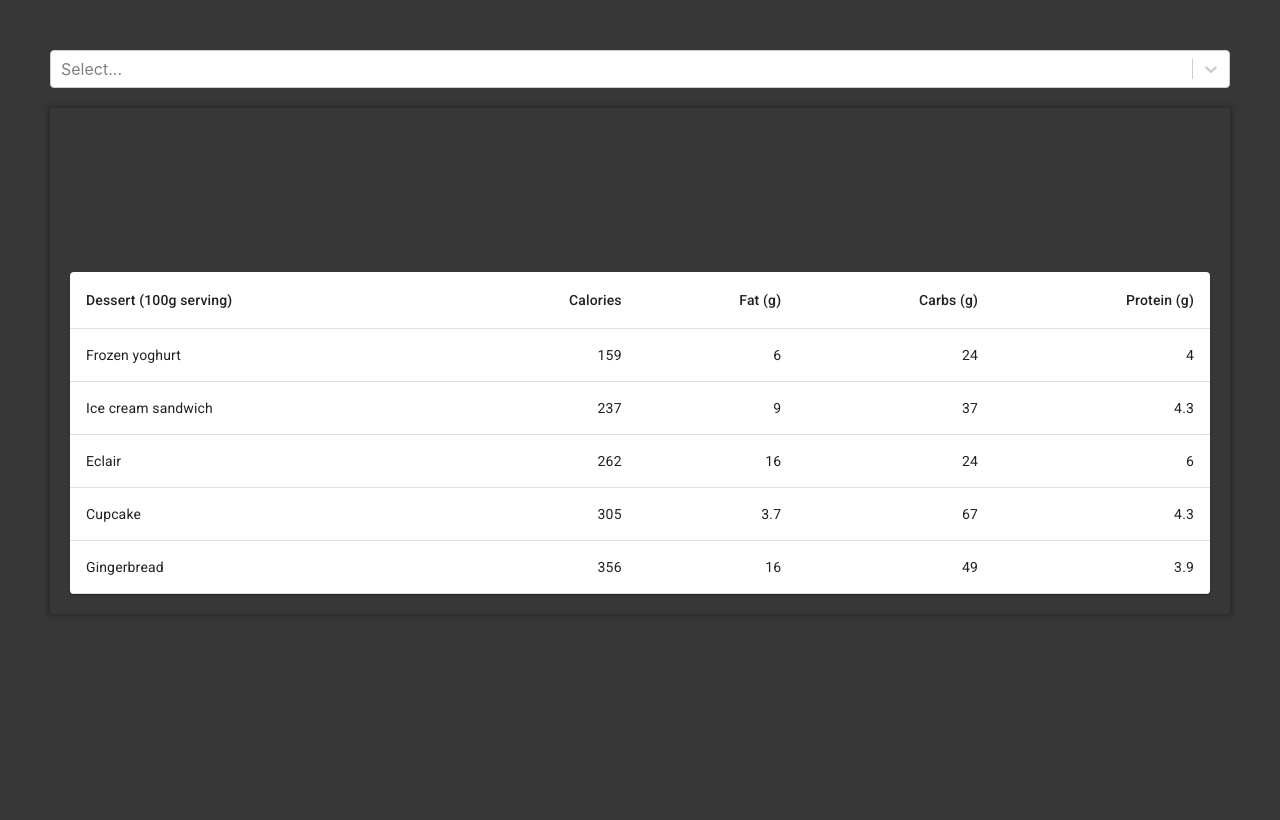
Repository: JorSargsyan/FootballApp
Page: /
The author's editor kept a copy of each file at every save. The page is drawn from the files as they stood at one save, then again after the next save.
The browser window is 1280 px wide. The pictures show the whole page.
The page's requests for data from a server got no answer. The project was rebuilt for these pictures with package versions that can differ from the ones it lists, and the page was loaded fresh each time. No one was signed in, and anything a server would have sent is missing.

Above is the page before, as saved 2019-07-13 16:41:21.

### public/index.html
<!DOCTYPE html>
<html lang="en">
  <head>
    <meta charset="utf-8" />
    <link rel="shortcut icon" href="%PUBLIC_URL%/favicon.ico" />
    <meta name="viewport" content="width=device-width, initial-scale=1" />
    <meta name="theme-color" content="#000000" />
    <!--
      manifest.json provides metadata used when your web app is installed on a
      user's mobile device or desktop. See https://developers.google.com/web/fundamentals/web-app-manifest/
    -->
    <link rel="manifest" href="%PUBLIC_URL%/manifest.json" />
    <link rel="stylesheet" href="https://fonts.googleapis.com/css?family=Roboto:300,400,500&display=swap" />
    <!--
      Notice the use of %PUBLIC_URL% in the tags above.
      It will be replaced with the URL of the `public` folder during the build.
      Only files inside the `public` folder can be referenced from the HTML.

      Unlike "/favicon.ico" or "favicon.ico", "%PUBLIC_URL%/favicon.ico" will
      work correctly both with client-side routing and a non-root public URL.
      Learn how to configure a non-root public URL by running `npm run build`.
    -->
    <title>React App</title>
  </head>
  <body>
    <noscript>You need to enable JavaScript to run this app.</noscript>
    <div id="root"></div>
    <!--
      This HTML file is a template.
      If you open it directly in the browser, you will see an empty page.

      You can add webfonts, meta tags, or analytics to this file.
      The build step will place the bundled scripts into the <body> tag.

      To begin the development, run `npm start` or `yarn start`.
      To create a production bundle, use `npm run build` or `yarn build`.
    -->
  </body>
</html>

### src/App.js
import React from 'react';
import logo from './logo.svg';
import './App.css';
import Container from "./components/Container"

function App() {
  return (
    <div className="App">
        <Container></Container>
    </div>
  );
}

export default App;

### src/App.css

.App{
  padding: 50px;
  background: rgb(55, 55, 55);
  height: 100vh;
}

.LeagueInfo{
  margin-top: 20px;
  color: white;
  box-shadow: 0 0 5px 2px #00000047;
  padding: 20px;
}

.LeagueInfo .img-area{
  display: flex;
  width: 200px;
  justify-content: space-between;
  align-items: center;
}

.LeagueInfo img{
  height: 60px;
  display: block;
}

.LeagueInfo img:nth-child(2){
  height: 100px;
  margin-left: 15px;
}

### src/components/Container/index.js
import React, { Component } from 'react'
import PropTypes from 'prop-types'
import Select from 'react-select';
import axios from 'axios';
import SimpleTable from "../common/Table"


const config = {
    headers: {
        "X-RapidAPI-Host": "api-football-v1.p.rapidapi.com",
        "X-RapidAPI-Key": "afc6347074msh5602bdc3ba130d0p170b44jsn6e420664b59f"
    }
}

export default class Container extends Component {

    static propTypes = {
        prop: PropTypes
    }

    state = {
        selectedOption: null,
        countries: [],
        league: [],
        standings:[],
    };

    handleChange = selectedOption => {
        this.setState({ selectedOption });
        console.log(`Option selected:`, selectedOption);

        axios.get(`https://api-football-v1.p.rapidapi.com/v2/leagues/country/${selectedOption.value}/${2018}`, config)
            .then(res => {
                let league = res.data.api.leagues[0];
                this.setState({ league });


                axios.get(`https://api-football-v1.p.rapidapi.com/v2/leagueTable/${league.league_id}`, config)
                .then(res => {
                    let standings = res.data.api.standings[0];
                    this.setState({ standings });
                })

            })
    };


    componentDidMount() {


        axios.get(`https://api-football-v1.p.rapidapi.com/v2/countries`, config)
            .then(res => {
                let countries = res.data.api.countries;
                countries = countries.map(i => { return { label: i.country, value: i.code } });
                this.setState({ countries });
            })
    }

    render() {
        const { selectedOption } = this.state;
        return (
            <div className="classes.root">
                <Select
                    value={selectedOption}
                    onChange={this.handleChange}
                    options={this.state.countries}
                />

                <div className="LeagueInfo">
                    <h2>{this.state.league.country}</h2>
                    <div className='img-area'>
                        <img src={this.state.league.flag} />
                        <img src={this.state.league.logo} />
                    </div>
                    <SimpleTable
                    data={[]}
                    header={[
                        {name:"Rank",prop:"rank"},
                        {name:"Team Name",prop:"teamName"},
                        {name:"Points",prop:"points"},
                        {name:"Form",prop:"forme"},
                        {name:"Goals Difference",prop:"goalsDiff"}
                    ]}
                    ></SimpleTable>
                </div>
            </div>
        )
    }
}

### src/components/common/Table.js
import React from 'react';
import { makeStyles } from '@material-ui/core/styles';
import Table from '@material-ui/core/Table';
import TableBody from '@material-ui/core/TableBody';
import TableCell from '@material-ui/core/TableCell';
import TableHead from '@material-ui/core/TableHead';
import TableRow from '@material-ui/core/TableRow';
import Paper from '@material-ui/core/Paper';

const useStyles = makeStyles(theme => ({
  root: {
    width: '100%',
    marginTop: theme.spacing(3),
    overflowX: 'auto',
  },
  table: {
    minWidth: 650,
  },
}));

function createData(name, calories, fat, carbs, protein) {
  return { name, calories, fat, carbs, protein };
}

const rows = [
  createData('Frozen yoghurt', 159, 6.0, 24, 4.0),
  createData('Ice cream sandwich', 237, 9.0, 37, 4.3),
  createData('Eclair', 262, 16.0, 24, 6.0),
  createData('Cupcake', 305, 3.7, 67, 4.3),
  createData('Gingerbread', 356, 16.0, 49, 3.9),
];

export default function SimpleTable() {
  const classes = useStyles();

  return (
    <Paper className={classes.root}>
      <Table className={classes.table}>
        <TableHead>
          <TableRow>
            <TableCell>Dessert (100g serving)</TableCell>
            <TableCell align="right">Calories</TableCell>
            <TableCell align="right">Fat&nbsp;(g)</TableCell>
            <TableCell align="right">Carbs&nbsp;(g)</TableCell>
            <TableCell align="right">Protein&nbsp;(g)</TableCell>
          </TableRow>
        </TableHead>
        <TableBody>
          {rows.map(row => (
            <TableRow key={row.name}>
              <TableCell component="th" scope="row">
                {row.name}
              </TableCell>
              <TableCell align="right">{row.calories}</TableCell>
              <TableCell align="right">{row.fat}</TableCell>
              <TableCell align="right">{row.carbs}</TableCell>
              <TableCell align="right">{row.protein}</TableCell>
            </TableRow>
          ))}
        </TableBody>
      </Table>
    </Paper>
  );
}

Loaded but not shown: src/index.js (common file); src/index.css (common file); src/serviceWorker.js (common file)

After the next save:
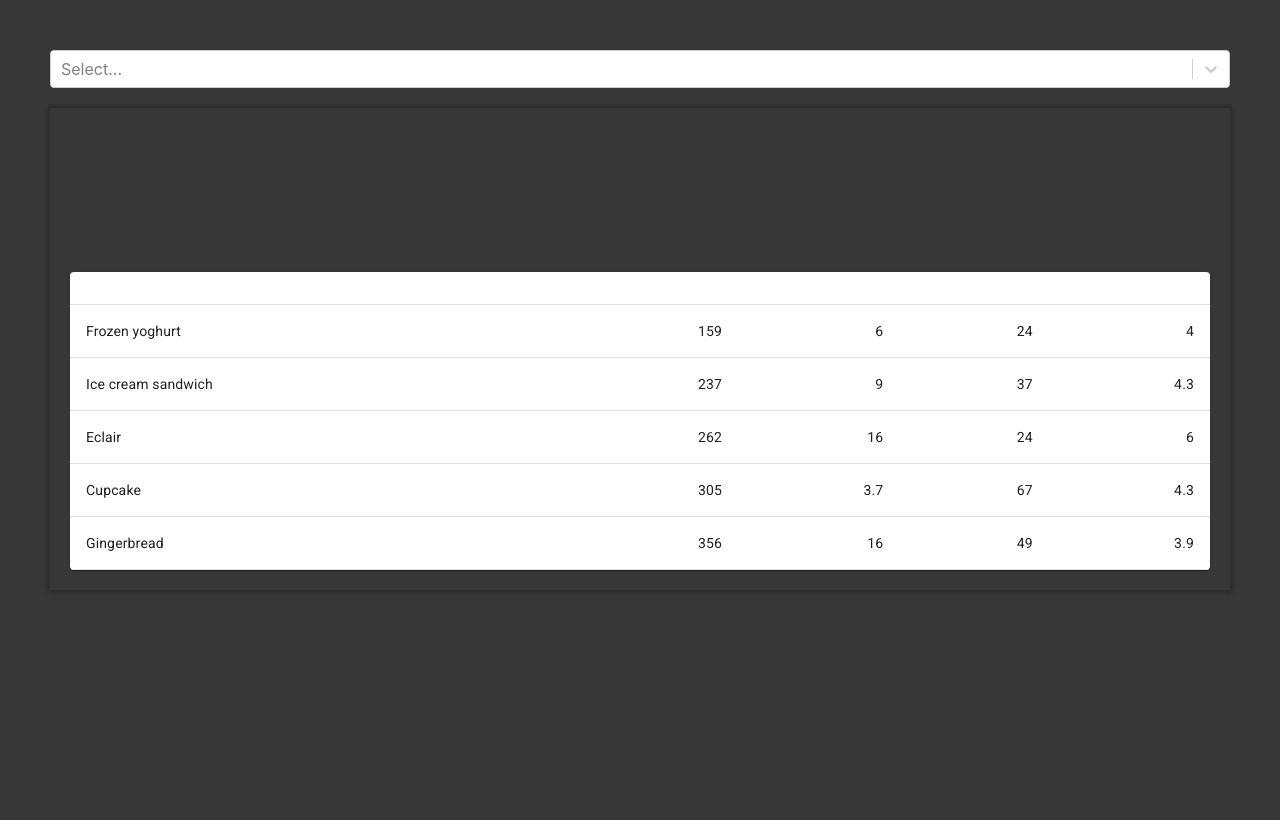
Saved 93 s later.
--- a/src/components/common/Table.js
+++ b/src/components/common/Table.js
@@ -30,7 +30,7 @@ const rows = [
   createData('Gingerbread', 356, 16.0, 49, 3.9),
 ];
 
-export default function SimpleTable() {
+export default function SimpleTable({data,header}) {
   const classes = useStyles();
 
   return (
@@ -38,11 +38,16 @@ export default function SimpleTable() {
       <Table className={classes.table}>
         <TableHead>
           <TableRow>
-            <TableCell>Dessert (100g serving)</TableCell>
+            {/* <TableCell>Dessert (100g serving)</TableCell>
             <TableCell align="right">Calories</TableCell>
             <TableCell align="right">Fat&nbsp;(g)</TableCell>
             <TableCell align="right">Carbs&nbsp;(g)</TableCell>
-            <TableCell align="right">Protein&nbsp;(g)</TableCell>
+            <TableCell align="right">Protein&nbsp;(g)</TableCell> */}
+            {
+                header.map((x,i)=>{
+                    return <TableCell key={i} align="right">{x.rank}</TableCell>
+                })
+            }
           </TableRow>
         </TableHead>
         <TableBody>
